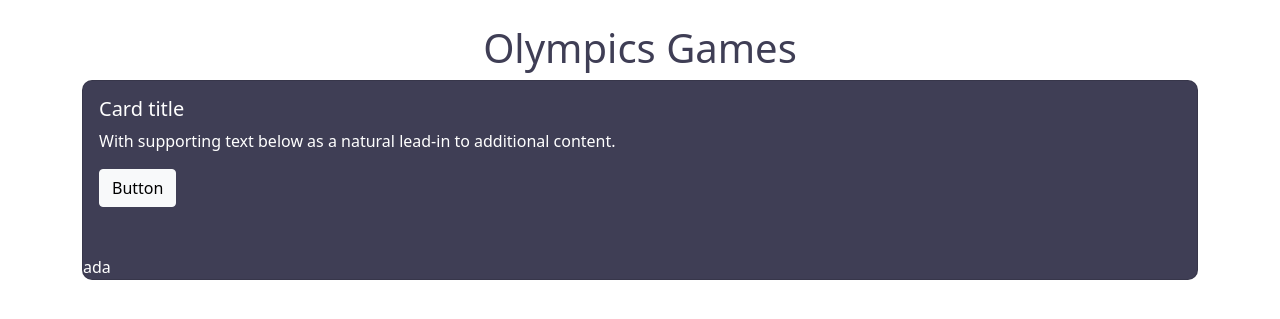
Repository: ahmedazawi/olympic_games
Page: client/views/index.html
The author's editor kept a copy of each file at every save. The page is drawn from the files as they stood at one save, then again after the next save.
The browser window is 1280 px wide. The pictures show the whole page.

Above is the page before, as saved 2021-12-24 13:00:05.

After the next save:
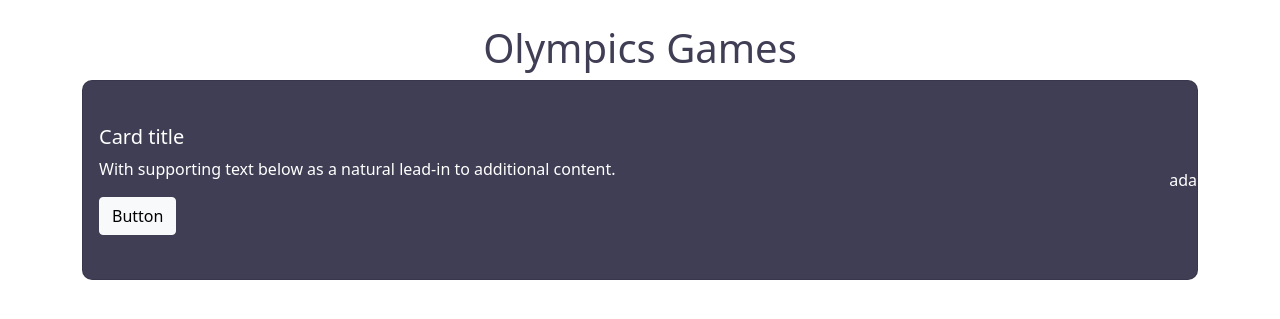
Saved 40 s later.
--- a/client/views/index.html
+++ b/client/views/index.html
@@ -22,7 +22,7 @@
         <div class="container">
             <div class="row g-4">
                 <div class="col-12">
-                    <div class="card w-100">
+                    <div class="card w-100 d-flex flex-row align-items-center">
                         <div class="card-body">
                             <h5 class="card-title">Card title</h5>
                             <p class="card-text">With supporting text below as a natural lead-in to additional content.
